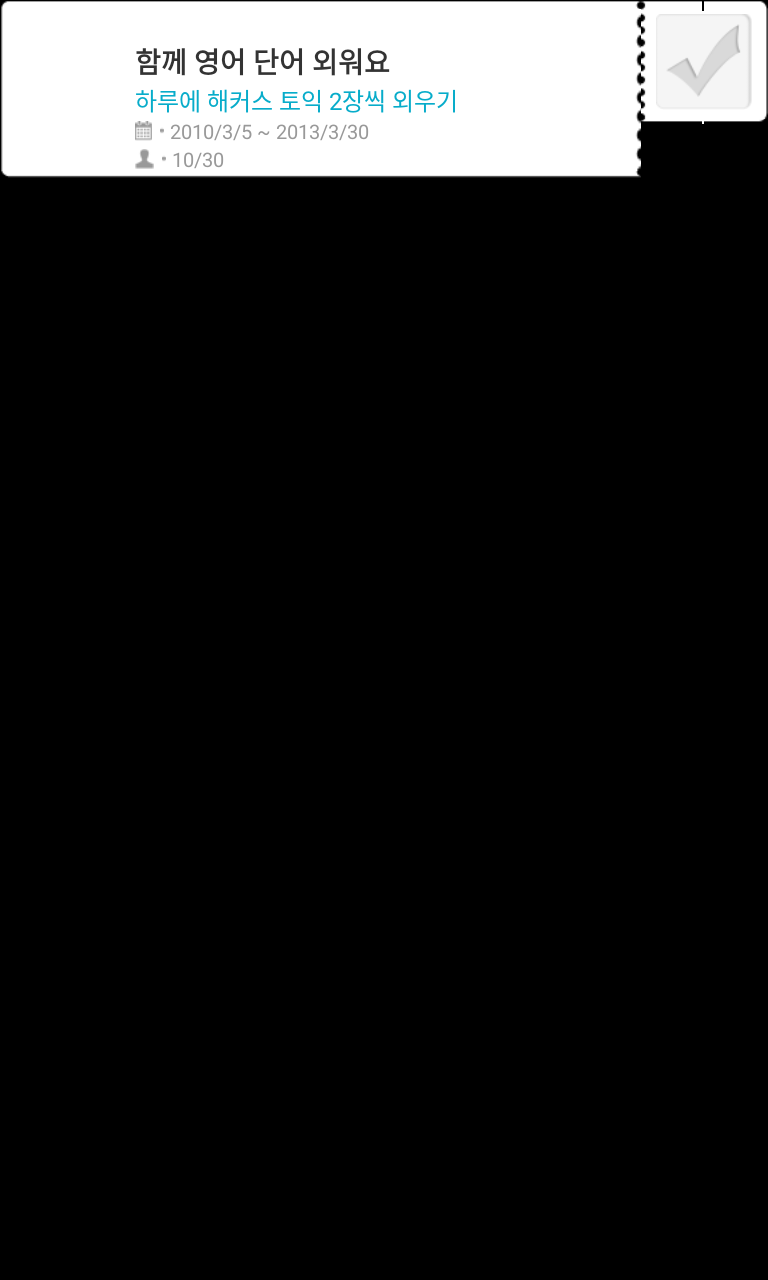
Repository: belhyun/witherest-android
Layout: Witherest/res/layout/mycheck_list_item_row.xml
The author's editor kept a copy of each file at every save. The layout is drawn from the files as they stood at one save, then again after the next save.
It is drawn on a 768 x 1280 px phone screen (xhdpi) without system bars, with theme android:Theme.Holo; the app's code is not run.

Above is the layout before, as saved 2013-07-06 09:36:18.

### Witherest/res/layout/mycheck_list_item_row.xml
<?xml version="1.0" encoding="utf-8"?>
<LinearLayout xmlns:android="http://schemas.android.com/apk/res/android"
    android:layout_width="fill_parent"
    android:layout_height="fill_parent"
    android:paddingTop="0dip"
    android:paddingBottom="0dp" >

    <RelativeLayout
        android:id="@+id/main_contaniner"
        android:layout_width="fill_parent"
        android:layout_height="wrap_content"
        android:clickable="true"
        android:padding="0dp" >

        <RelativeLayout
            android:id="@+id/mycheck_row_left_contaniner"
            android:layout_width="fill_parent"
            android:layout_height="wrap_content"
            android:layout_toLeftOf="@+id/mycheck_row_right_contaniner"
            android:background="@drawable/mycheck_list_row_on_off"
            android:clickable="true"
            android:paddingBottom="3dp"
            android:paddingTop="20dp" >

            <LinearLayout
                android:id="@+id/mycheck_row_thumbnail"
                android:layout_width="wrap_content"
                android:layout_height="wrap_content"
                android:layout_alignParentLeft="true"
                android:layout_centerVertical="true"
                android:layout_marginRight="5dip"
                android:gravity="center" >

                <ImageView
                    android:id="@+id/list_image"
                    android:layout_width="50dip"
                    android:layout_height="50dip"
                    android:layout_marginLeft="3dp"
                    android:layout_marginRight="5dp"
                     />
            </LinearLayout>

            <TextView
                android:id="@+id/mycheck_room_title_textview"
                android:layout_width="fill_parent"
                android:layout_height="wrap_content"
                android:layout_alignTop="@id/mycheck_row_thumbnail"
                android:layout_toRightOf="@id/mycheck_row_thumbnail"
                android:text="함께 영어 단어 외워요"
                android:textColor="#333333"
                android:textSize="14sp"
                android:textStyle="bold"
                />

            <TextView
                android:id="@+id/mycheck_room_purpose_textview"
                android:layout_width="fill_parent"
                android:layout_height="wrap_content"
                android:layout_below="@id/mycheck_room_title_textview"
                android:layout_toRightOf="@id/mycheck_row_thumbnail"
                android:ellipsize="end"
                android:maxLines="1"
                android:text="하루에 해커스 토익 2장씩 외우기"
                android:textColor="#07ACCA"
                android:textSize="12sp" />

            <LinearLayout
                android:id="@+id/mycheck_term_container"
                android:layout_width="fill_parent"
                android:layout_height="wrap_content"
                android:layout_alignParentRight="false"
                android:layout_below="@id/mycheck_room_purpose_textview"
                android:layout_toRightOf="@id/mycheck_row_thumbnail"
                android:gravity="center_vertical"
                android:orientation="horizontal" >

                <ImageView
                    android:layout_width="wrap_content"
                    android:layout_height="wrap_content"
                    android:src="@drawable/main_date_icon_bg" />

                <ImageView
                    android:layout_width="wrap_content"
                    android:layout_height="wrap_content"
                    android:layout_marginLeft="4dp"
                    android:layout_marginRight="3dp"
                    android:src="@drawable/main_dot_bg" />

                <TextView
                    android:id="@+id/mycheck_room_team_textview"
                    android:layout_width="fill_parent"
                    android:layout_height="wrap_content"
                    android:ellipsize="end"
                    android:maxLines="1"
                    android:text="2010/3/5 ~ 2013/3/30"
                    android:textColor="#999999"
                    android:textSize="10sp" />
            </LinearLayout>

            <LinearLayout
                android:layout_width="fill_parent"
                android:layout_height="wrap_content"
                android:layout_alignParentRight="false"
                android:layout_below="@id/mycheck_term_container"
                android:layout_toRightOf="@id/mycheck_row_thumbnail"
                android:gravity="center_vertical"
                android:orientation="horizontal" >

                <ImageView
                    android:layout_width="wrap_content"
                    android:layout_height="wrap_content"
                    android:src="@drawable/main_people_icon_bg" />

                <ImageView
                    android:layout_width="wrap_content"
                    android:layout_height="wrap_content"
                    android:layout_marginLeft="4dp"
                    android:layout_marginRight="3dp"
                    android:src="@drawable/main_dot_bg" />

                <TextView
                    android:id="@+id/mycheck_room_joincount_textview"
                    android:layout_width="fill_parent"
                    android:layout_height="wrap_content"
                    android:ellipsize="end"
                    android:maxLines="1"
                    android:text="10/30"
                    android:textColor="#999999"
                    android:textSize="10sp" />
            </LinearLayout>
        </RelativeLayout>

        <RelativeLayout
            android:id="@id/mycheck_row_right_contaniner"
            android:layout_width="wrap_content"
            android:layout_height="62dp"
            android:layout_alignParentRight="true"
            android:layout_alignParentTop="true"
            android:background="@drawable/main_checkbutton_bg2"
            android:gravity="center"
            android:padding="3dp" >

            <CheckBox
                android:id="@+id/mycheck_check_btn"
                android:layout_width="wrap_content"
                android:layout_height="wrap_content"
                android:background="@drawable/mycheck_check_button_of_off"
                android:button="@drawable/checkbox_bg" />
        </RelativeLayout>


    </RelativeLayout>

     <TextView
            android:id="@+id/alramtime_badge"
            android:layout_width="wrap_content"
            android:layout_height="wrap_content"
            android:layout_alignLeft="@id/main_contaniner"
            android:layout_alignTop="@id/main_contaniner"
            android:background="@drawable/alarm_notice_bg"
            android:gravity="center_horizontal|center_vertical"
            android:textColor="#000000"
            android:textSize = "10sp"
     		android:paddingBottom="4dp"
     		android:paddingLeft = "8dp"
            android:minWidth="25dp"
            android:text="12:39"
             />

    <TextView
            android:id="@+id/mycheck_badge"
            android:layout_width="wrap_content"
            android:layout_height="17dp"
            android:layout_alignRight="@id/main_contaniner"
            android:layout_alignTop="@id/main_contaniner"
            android:background="@drawable/main_checknumber_bg"
            android:padding="0dp"
            android:gravity="center_vertical|center_horizontal"
            android:textColor="#ffffff"
            android:textSize = "12sp"
            android:textStyle="bold"
            android:paddingBottom="20dp"
            android:minWidth="25dp"
            android:text="12"
             />

</LinearLayout>

### Witherest/res/drawable/mycheck_list_row_on_off.xml
<?xml version="1.0" encoding="utf-8"?>
<selector xmlns:android="http://schemas.android.com/apk/res/android">

    <item android:drawable="@drawable/main_checkinformation_btn_off2" android:state_pressed="false" android:state_selected="false"/>
    <item android:drawable="@drawable/main_checkinformation_btn_on2" android:state_pressed="true"/>
    <item android:drawable="@drawable/main_checkinformation_btn_on2" android:state_pressed="false" android:state_selected="true"/>

</selector>

### Witherest/res/drawable/mycheck_check_button_of_off.xml
<?xml version="1.0" encoding="utf-8"?>
<selector
	xmlns:android="http://schemas.android.com/apk/res/android">
    <item
    	android:state_checked="true"
    	android:drawable="@drawable/main_checkbu_btn_on"/>
    <item
    	android:drawable="@drawable/main_checkbu_btn_off"/>
</selector>

### Witherest/res/drawable/checkbox_bg.xml
<?xml version="1.0" encoding="utf-8"?>
<shape xmlns:android="http://schemas.android.com/apk/res/android" >
    <solid android:color="#00ffffff"/>
</shape>

After the next save:
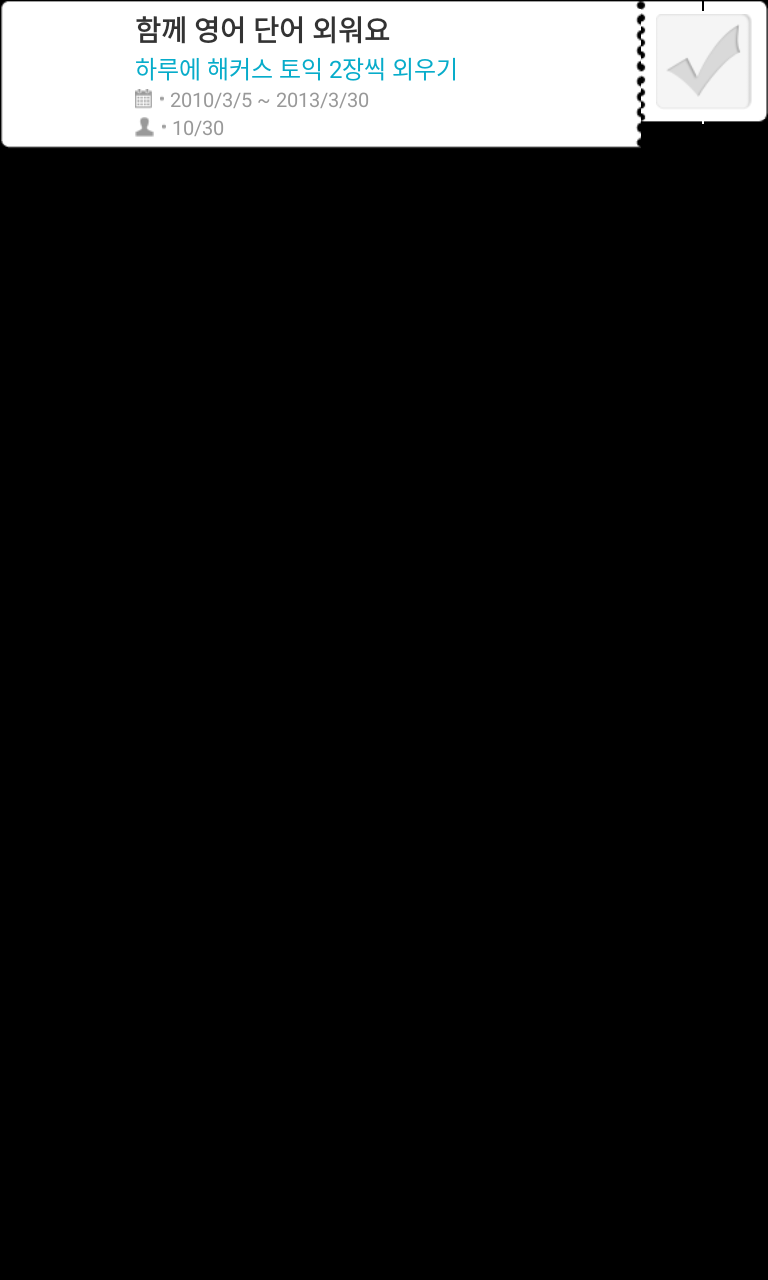
Saved 10 s later.
--- a/Witherest/res/layout/mycheck_list_item_row.xml
+++ b/Witherest/res/layout/mycheck_list_item_row.xml
@@ -19,8 +19,8 @@
             android:layout_toLeftOf="@+id/mycheck_row_right_contaniner"
             android:background="@drawable/mycheck_list_row_on_off"
             android:clickable="true"
-            android:paddingBottom="3dp"
-            android:paddingTop="20dp" >
+            android:paddingBottom="4dp"
+            android:paddingTop="4dp" >
 
             <LinearLayout
                 android:id="@+id/mycheck_row_thumbnail"
